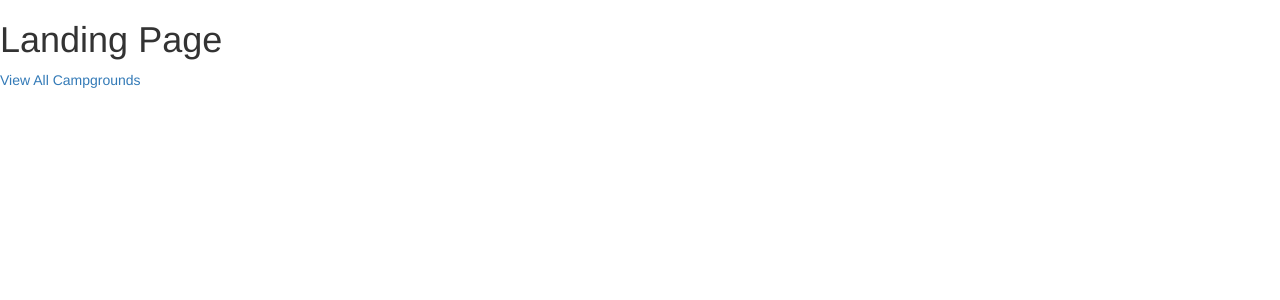
Repository: zella0/BlogApp
Page: http://localhost/
The author's editor kept a record of every edit. The page is drawn from the files as they stood at one moment, then again after the next edit.
The browser window is 1280 px wide. The pictures show the whole page.
The page is served by the project's Node server (YelpCamp/v1/app.js).

Above is the page before.

### YelpCamp/v1/views/landing.ejs
<% include partials/header %>

<h1>Landing Page</h1>

<a href = '/campgrounds'>View All Campgrounds</a>

<% include partials/footer %>

### YelpCamp/v1/views/partials/header.ejs
<!DOCTYPE HTML>
<html>
    <head>
        <title>YelpCamp</title>
        <link rel ="stylesheet" href="https://maxcdn.bootstrapcdn.com/bootstrap/3.3.7/css/bootstrap.min.css">
    </head>
    <body>

### YelpCamp/v1/app.js
var express = require('express');
var app = express();
var bodyParser = require('body-parser');
var mongoose = require('mongoose');

mongoose.connect("mongodb://localhost/yelp_camp", {useMongoClient: true});
app.use(bodyParser.urlencoded({extended: true}));

//SCHEMA SETUP
var campgroundSchema = new mongoose.Schema({
    name: String,
    image: String,
    description: String
});
var Campground = mongoose.model("Campground", campgroundSchema);


app.get('/', function(req, res){
    res.render("landing.ejs");
});

//INDEX ROUTE - SHOW ALL CAMPGROUNDS
app.get('/campgrounds', function(req, res){
    Campground.find(function(err, output){
        if(err){
            console.log(err);
        } else {
            res.render("campgrounds.ejs", {output});
        }
    });
});

//CREATE - ADD NEW CAMPGROUNDS
app.post('/campgrounds', function(req, res){
    var name = req.body.name;
    var image = req.body.image;
    var description = req.body.description;
    var newCampground = {name, image, description};

    Campground.create(newCampground, function(err, newlyCreated){
        if(err){
            console.log(err);
        } else {
            res.redirect("/campgrounds");
        }
    });
});

//NEW - show form to create new campground
app.get('/campgrounds/new', function(req, res){
   res.render('new.ejs');
});


//SHOW - show one campground
app.get("/campgrounds/:id", function(req, res){
    Campground.findById(req.params.id, function(err, foundCampground){
        if(err){
            console.log(err);
        } else {
            res.render("show.ejs", {foundCampground});
        }
    })
});

app.listen(process.env.PORT, process.env.IP, function(){
    console.log("Yelpcamp homepage!");
});

Loaded but not shown: YelpCamp/v1/views/partials/footer.ejs (common file)

After the next edit:
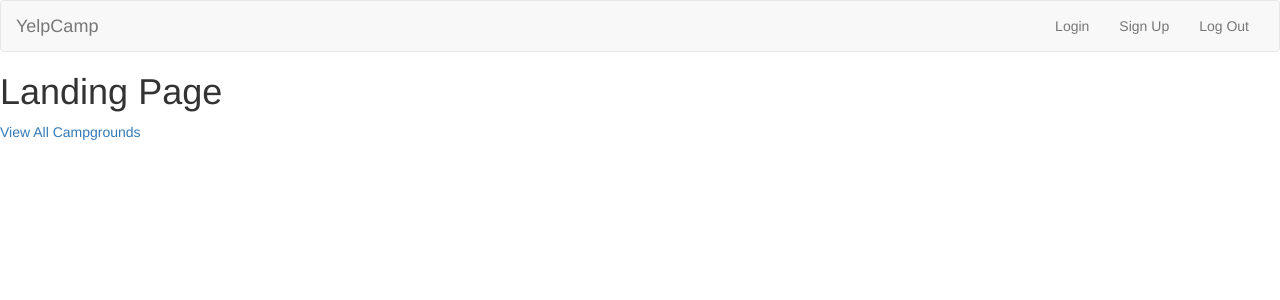
The edit:
--- a/YelpCamp/v1/views/partials/header.ejs
+++ b/YelpCamp/v1/views/partials/header.ejs
@@ -5,3 +5,15 @@
         <link rel ="stylesheet" href="https://maxcdn.bootstrapcdn.com/bootstrap/3.3.7/css/bootstrap.min.css">
     </head>
     <body>
+        <nav class="navbar navbar-default">
+        <div class = "container-fluid">
+            <a class="navbar-brand" href="#">YelpCamp</a>
+          <div class="collapse navbar-collapse">
+            <ul class="nav navbar-nav navbar-right">
+                <li><a href ="/">Login</a></li>
+                <li><a href ="/">Sign Up</a></li>
+                <li><a href ="/">Log Out</a></li>
+            </ul>
+          </div>
+        </div>
+        </nav>
